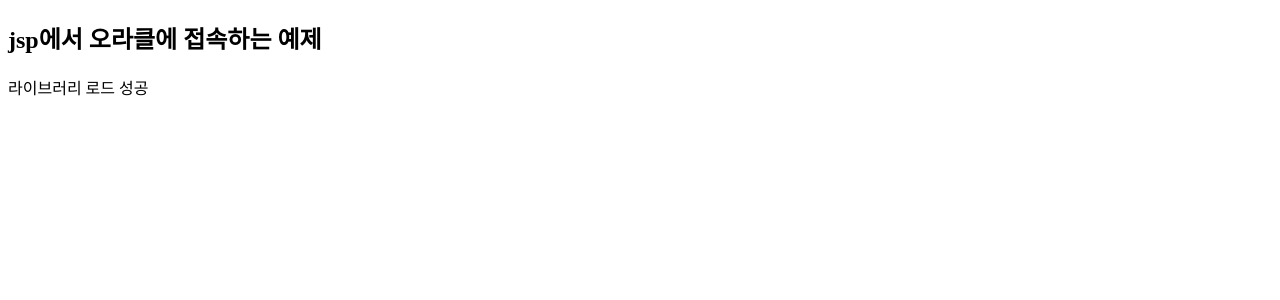
Repository: sieoh/2024html-
Page: http://localhost/jspweb_07/ora_conn.jsp
These files come from the project's save history. The page is drawn as it stood at one moment and after the next save; the edit follows.
The browser window is 1280 px wide. The pictures show the whole page.
The page is served by Tomcat 9.

Above is the page before, as saved 2024-01-11 06:21:19.

After the next save:
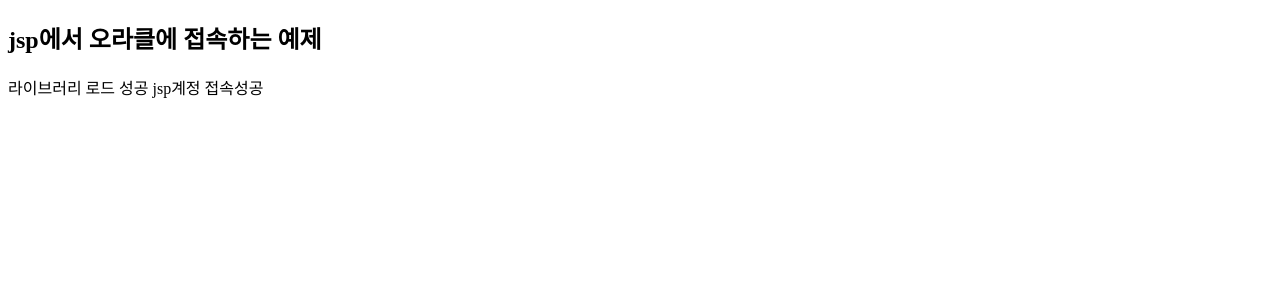
Saved 32 s later.
--- a/workspace_sts/jspweb_07/src/main/webapp/ora_conn.jsp
+++ b/workspace_sts/jspweb_07/src/main/webapp/ora_conn.jsp
@@ -28,8 +28,9 @@
 	    // 접속하기
 	    try {
 	    	DriverManager.getConnection(JDBC_URL, USER, PASSWORD);
+	    	out.println("jsp계정 접속성공");
 	    } catch (Exception e) {
-
+	    	out.println("jsp계정 접속실패");
 	    }
 	%>
 </body>
